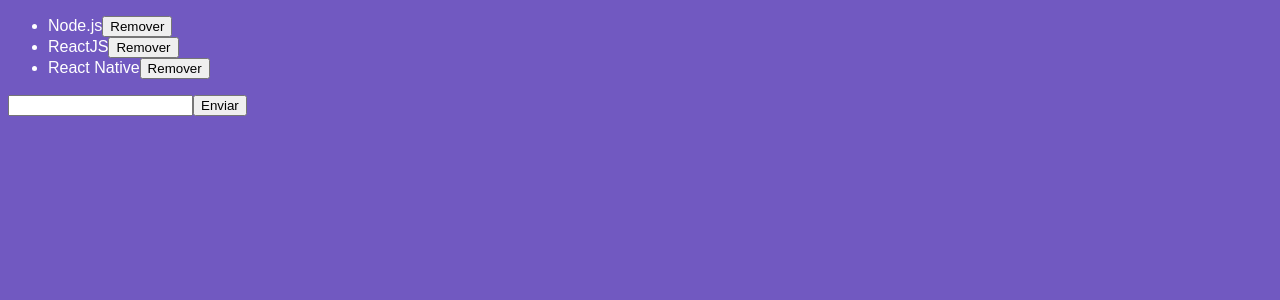
Repository: edsonjuniornarvaes/bootcamp-gostack-9.0-reactjs
Page: /
These files come from the project's save history. The page is drawn as it stood at one moment and after a run of saves; the edit follows.
The browser window is 1280 px wide. The pictures show the whole page.
The project was rebuilt for these pictures with package versions that can differ from the ones it lists, and the page was loaded fresh each time. Also part of the build but not shown: webpack.config.js.

Above is the page before, as saved 2021-02-22 11:12:54.

After the next 2 saves:
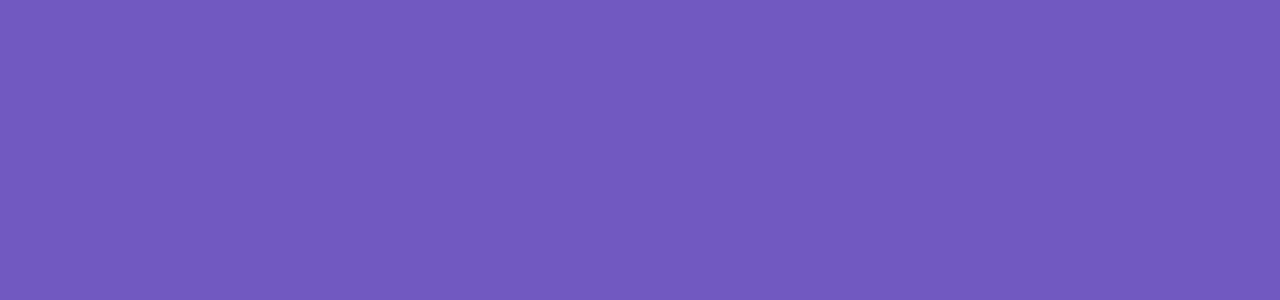
Console error: ReferenceError: tech is not defined
The 2 saves are shown as one change because 1 did not build or start.
The last was saved 53 s later.
--- a/src/components/TechList.js
+++ b/src/components/TechList.js
@@ -1,6 +1,8 @@
 import React, { Component } from 'react';
+import TechItem from './TechItem';
+class TechList extends Component {
 
-class TechList extends Component {
+
 
   state = {
     newTech: '',
@@ -31,12 +33,7 @@
     return (
       <form onSubmit={this.handleSubmit}>
         <ul>
-          {this.state.techs.map(tech => (
-            <li key={tech}>
-              {tech}
-              <button onClick={() => this.handleDelete(tech)} type="button">Remover</button>
-            </li>
-          ))}
+          {this.state.techs.map(tech => ( <TechItem /> ))}
         </ul>
         <input
           type="text"

After the 2 saves that followed:
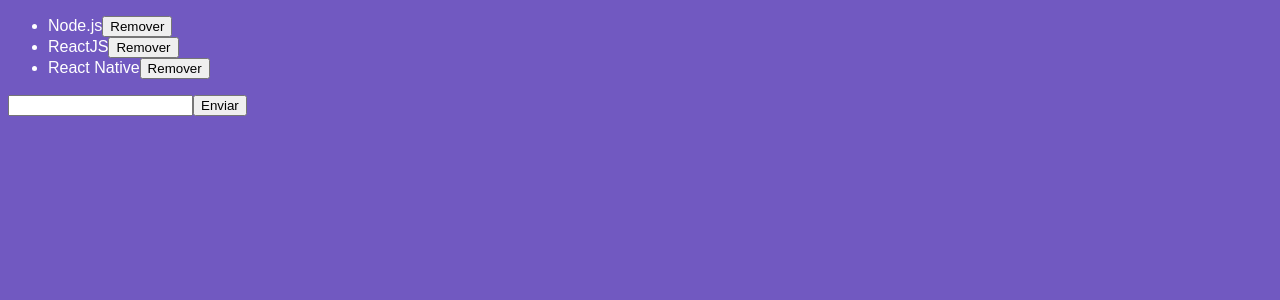
The error is gone.
The 2 saves are shown as one change because 1 left the picture as it was.
The last was saved 95 s later.
--- a/src/components/TechList.js
+++ b/src/components/TechList.js
@@ -33,7 +33,7 @@
     return (
       <form onSubmit={this.handleSubmit}>
         <ul>
-          {this.state.techs.map(tech => ( <TechItem /> ))}
+          {this.state.techs.map(tech => ( <TechItem key={tech} tech={tech} /> ))}
         </ul>
         <input
           type="text"
--- a/src/components/TechItem.js
+++ b/src/components/TechItem.js
@@ -1,6 +1,6 @@
 import React from 'react';
 
-function TechItem() {
+function TechItem({ tech }) {
   return (
     <li key={tech}>
       {tech}
